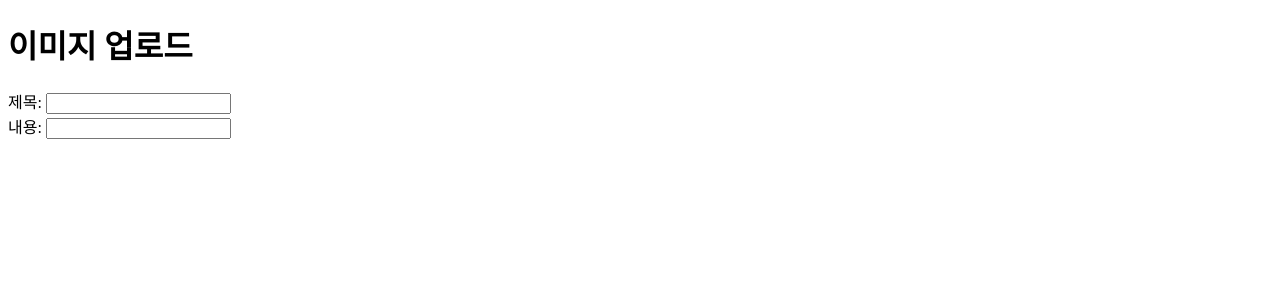
Repository: ExiNni/Travel-Project
Page: http://localhost/image/upload.jsp
The author's editor kept a copy of each file at every save. The page is drawn from the files as they stood at one save, then again after the next save.
The browser window is 1280 px wide. The pictures show the whole page.
The page is served by Tomcat 9.

Above is the page before, as saved 2023-11-10 00:17:42.

After the next save:
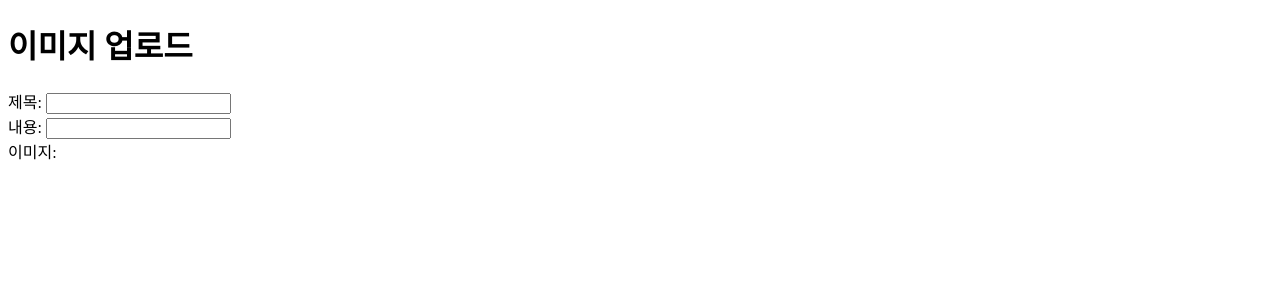
Saved 26 s later.
--- a/image/src/main/webapp/upload.jsp
+++ b/image/src/main/webapp/upload.jsp
@@ -13,6 +13,8 @@
 	<input type="text" name="title" id="title" required><br>
 	<label>내용: </label>
 	<input type="text" name="content" id="content"><br>
+
+	<label>이미지: </label>
 </form>
 </body>
 </html>
